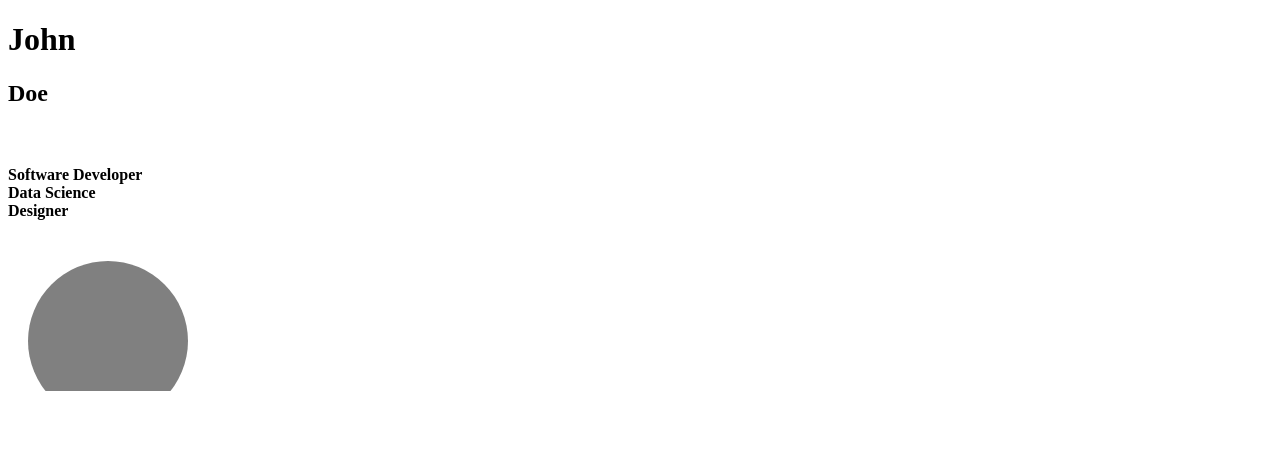
Repository: mrjayajay/week-1-code-challenges
Page: assignment/index.html
An editor plug-in stored every save of this project. The page is shown before and after the next save, followed by the edit.
The browser window is 1280 px wide. The pictures show the whole page.

Above is the page before, as saved 2024-03-10 16:35:45.

After the next save:
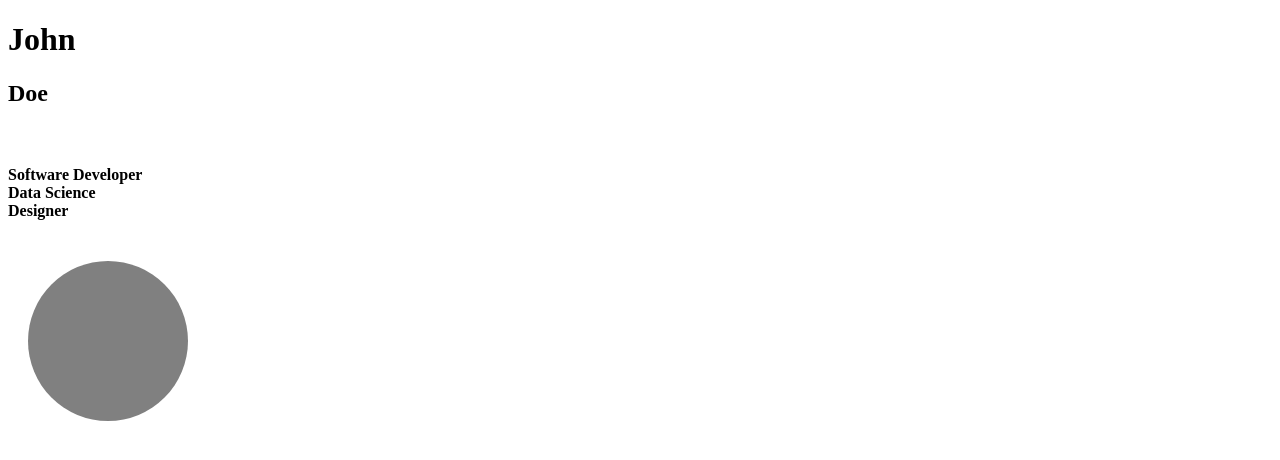
Saved 5 min 7 s later.
--- a/assignment/index.html
+++ b/assignment/index.html
@@ -12,8 +12,8 @@
     <br>
     <h4>Software Developer <br> Data Science <br> Designer</h4>
 
-     <div>
-    <svg>
+     <div id="circ" class="list">
+    <svg width="200" height="200">
         <circle cx="100" cy="100" r="80" fill="grey" stroke="black" stroke-width="0"/></svg>
      </div>
         </body>
